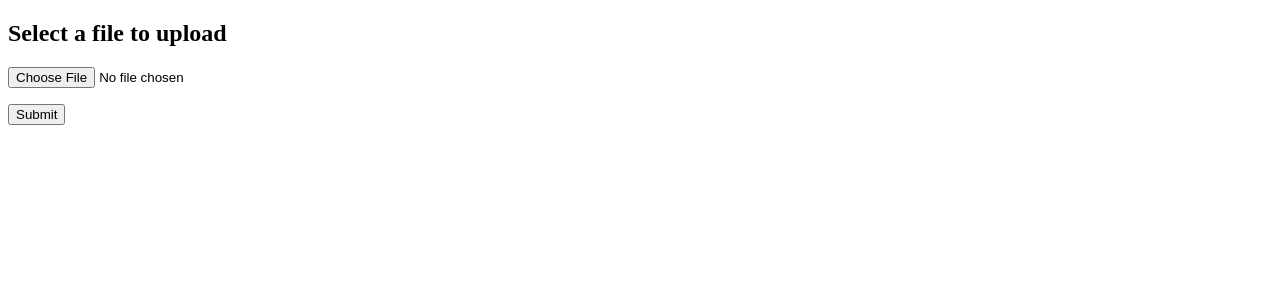
Repository: Manumathew01/Segmentation-of-retinal-images
Page: http://localhost/
The author's editor kept a copy of each file at every save. The page is drawn from the files as they stood at one save, then again after the next save.
The browser window is 1280 px wide. The pictures show the whole page.
The page is served by the project's application, run on Flask 3 (main.py).

Above is the page before, as saved 2022-05-12 11:38:02.

### templates/base.html
<!-- <!DOCTYPE html>
<html>
  <head>
    <meta charset="utf-8" />
    <meta name="viewport" content="width=device-width, initial-scale=1" />
    <title>{% block title %}Home{% endblock %}</title>
    <link
      rel="stylesheet"
      href="https://cdn.jsdelivr.net/npm/bulma@0.9.3/css/bulma.min.css"
    />
  </head>
  <body>
    <nav
      class="navbar is-warning"
      role="navigation"
      aria-label="main navigation"
    >
      <div class="navbar-brand">
        <a class="navbar-item" href="/">
          <p class="title">Home</p>
        </a>

        <a
          role="button"
          class="navbar-burger"
          aria-label="menu"
          aria-expanded="false"
          data-target="navbarBasicExample"
        >
          <span aria-hidden="true"></span>
          <span aria-hidden="true"></span>
          <span aria-hidden="true"></span>
        </a>
      </div>

      <div id="navbarBasicExample" class="navbar-menu">
        <div class="navbar-start"></div>

        <div class="navbar-end">
          <div class="navbar-item">
            <div class="buttons">
              <a class="button is-danger" href="/sign-up">
                <strong>Sign up</strong>
              </a>
              <a class="button is-light" href="/login"> Log in </a>
            </div>
          </div>
        </div>
      </div>
    </nav>

    {%block content%} {% endblock %}
  </body>
</html> -->

<!doctype html>
<title>Python Flask File Upload Example</title>
<h2>Select a file to upload</h2>
<p>
	{% with messages = get_flashed_messages() %}
	  {% if messages %}
		<ul>
		{% for message in messages %}
		  <li>{{ message }}</li>
		{% endfor %}
		</ul>
	  {% endif %}
	{% endwith %}
</p>
{% if filename %}
	<div>
		<img src="{{ url_for('display_image', filename=filename) }}">
	</div>
{% endif %}
<form method="post" action="/" enctype="multipart/form-data">
    <dl>
		<p>
			<input type="file" name="file" autocomplete="off" required>
		</p>
    </dl>
    <p>
		<input type="submit" value="Submit">
	</p>
</form>

### main.py
import os
from app import app
import urllib.request
from flask import Flask, flash, request, redirect, url_for, render_template
from werkzeug.utils import secure_filename

ALLOWED_EXTENSIONS = set(['png', 'jpg', 'jpeg', 'gif'])


def allowed_file(filename):
    return '.' in filename and filename.rsplit('.', 1)[1].lower() in ALLOWED_EXTENSIONS


@app.route('/')
def upload_form():
    return render_template('base.html')


@app.route('/', methods=['POST'])
def upload_image():
    if 'file' not in request.files:
        flash('No file part')
        return redirect(request.url)
    file = request.files['file']
    if file.filename == '':
        flash('No image selected for uploading')
        return redirect(request.url)
    if file and allowed_file(file.filename):
        filename = secure_filename(file.filename)
        file.save(os.path.join(app.config['UPLOAD_FOLDER'], filename))
        #print('upload_image filename: ' + filename)
        flash('Image successfully uploaded and displayed below')
        return render_template('base.html', filename=filename)
    else:
        flash('Allowed image types are -> png, jpg, jpeg, gif')
        return redirect(request.url)


@app.route('/display/<filename>')
def display_image(filename):
    #print('display_image filename: ' + filename)
    return redirect(url_for('static', filename='uploads/' + filename), code=301)


if __name__ == "__main__":
    app.run()

### app.py
from flask import Flask

UPLOAD_FOLDER = 'static/uploads/'

app = Flask(__name__)
app.secret_key = "secret key"
app.config['UPLOAD_FOLDER'] = UPLOAD_FOLDER
app.config['MAX_CONTENT_LENGTH'] = 16 * 1024 * 1024

After the next save:
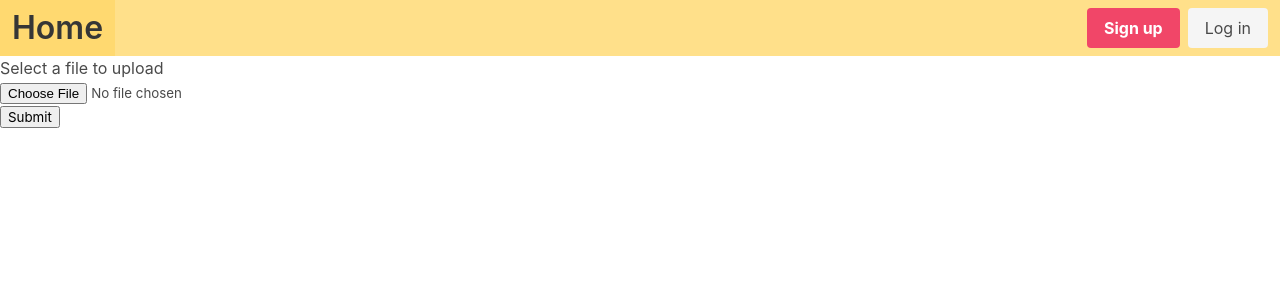
Saved 56 s later.
--- a/templates/base.html
+++ b/templates/base.html
@@ -1,4 +1,4 @@
-<!-- <!DOCTYPE html>
+<!DOCTYPE html>
 <html>
   <head>
     <meta charset="utf-8" />
@@ -51,7 +51,7 @@
 
     {%block content%} {% endblock %}
   </body>
-</html> -->
+</html>
 
 <!doctype html>
 <title>Python Flask File Upload Example</title>
